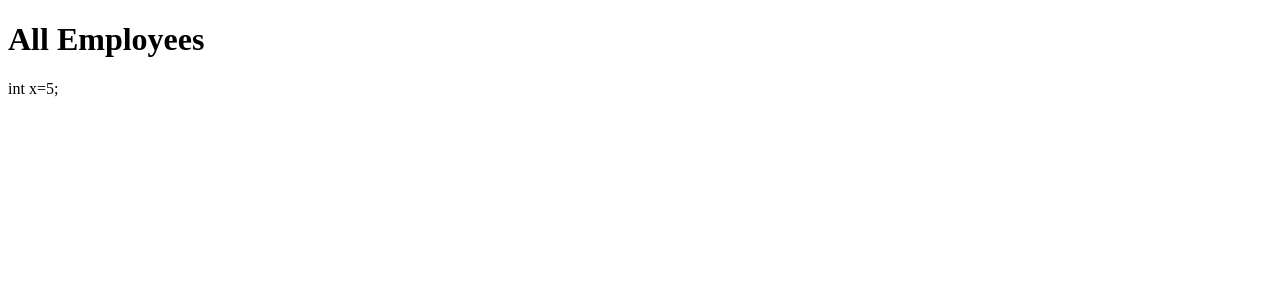
Repository: imtiyaz-hirani/cg-jan-23
Page: http://localhost/MySpringApp/employees
The author's editor kept a copy of each file at every save. The page is drawn from the files as they stood at one save, then again after the next save.
The browser window is 1280 px wide. The pictures show the whole page.
The page is served by Tomcat 9.

Above is the page before, as saved 2023-01-12 04:40:16.

After the next save:
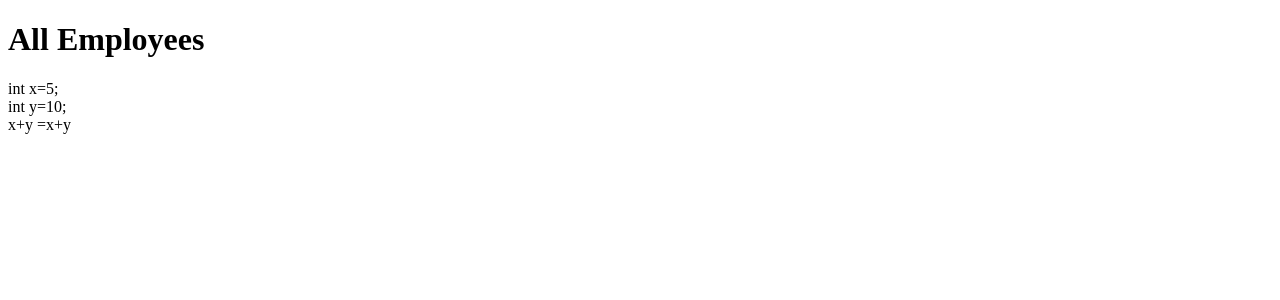
Saved 43 s later.
--- a/MySpringApp/WebContent/WEB-INF/jsps/employees.jsp
+++ b/MySpringApp/WebContent/WEB-INF/jsps/employees.jsp
@@ -8,7 +8,9 @@
 </head>
 <body>
 <h1>All Employees</h1>
-int x=5;
+int x=5;  <br>
+int y=10; <br>
+x+y =x+y
 </body>
 </html>
 
